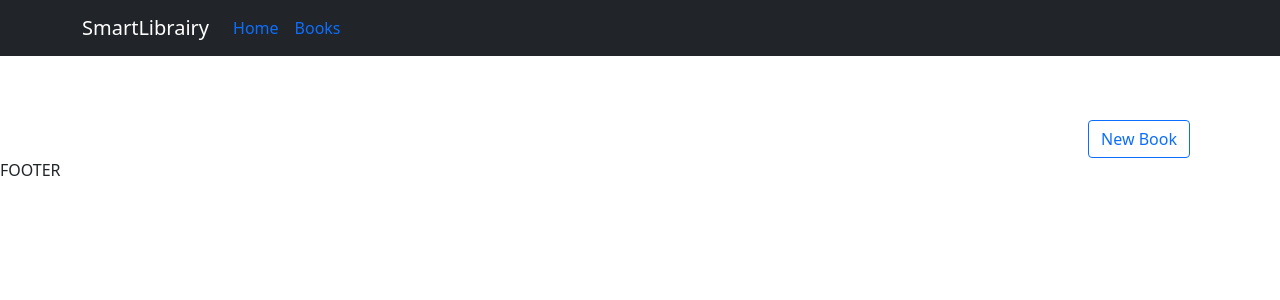
Repository: FS-23/smart-librairy
Page: http://localhost/books/list
An editor plug-in stored every save of this project. The page is shown before and after the next save, followed by the edit.
The browser window is 1280 px wide. The pictures show the whole page.
The page is served by the project's Laravel application, run on PHP 8.4 with Laravel 9. Other server files are loaded and not shown. Queries for data that is not in the repository find no rows.

Above is the page before, as saved 2022-06-10 13:27:46.

### routes/web.php
<?php

use Illuminate\Support\Facades\Route;
use Illuminate\Http\Request;
use App\Http\Controllers\BookController;

/*
    |--------------------------------------------------------------------------
    | Web Routes
    |--------------------------------------------------------------------------
    |
    | Here is where you can register web routes for your application. These
    | routes are loaded by the RouteServiceProvider within a group which
    | contains the "web" middleware group. Now create something great!
    |
*/

Route::get('/', function () {
    return redirect('/books/list');
});
Route::get('/books/list' , [BookController::class , 'index']);
Route::get('/books/create',[BookController::class , 'create']);
Route::get('/books/update/{id}',[BookController::class , 'edit']);
Route::post('/books/store' , [BookController::class , 'store']);
Route::post('/books/update/{id}' , [BookController::class , 'update']);
Route::get('/books/detail/{id}' , [BookController::class, 'show']);
Route::get('/books/delete/{id}' , [BookController::class, 'destroy']);

Route::view('/file' , 'file');

Route::post('/file/store' , function(Request $request){
    //hasFile

    $file = $request -> file('myFile');

    // Storage::put('myfile.jpg', $file);
     $storeResult = $file->store('public/bookImages'); // file est le name de votre input dans file.blade.php
    // return $storeResult;

    $fileName = str_replace('public' , 'storage' , $storeResult);
     return  $fileName;
});

### app/Http/Controllers/BookController.php
<?php

namespace App\Http\Controllers;

use App\Models\Book;
use Illuminate\Http\Request;

class BookController extends Controller
{

    public function index()
    {

        return view('book.list', ['books' => Book::all()]);
    }

    public function create()
    {
        return view('book.create');
    }

    public function store(Request $request)
    {
        $data = $request -> all();
        $file = $request -> file('bookImage');
        $fileStoreResult = $file->store('/public/bookImages');
        $fileName = str_replace('public', 'storage' , $fileStoreResult);
        $data['image'] = $fileName;
        $createdBook = Book::create($data);
        return redirect('/books/list');
    }


    public function show($id)
    {
        return  view('book.detail' , ["book" => Book::find($id)]);
    }


    public function edit($id)
    {
        return view('book.update' , ["book" => Book::find($id)]);
    }


    public function update(Request $request, $id)
    {
        $book = Book::find($id);
        $book ->update($request->all());

        return redirect('/books/list');
        //
    }

    public function destroy($id)
    {
        Book::destroy($id);
        return redirect('/books/list');
    }
}

### app/Models/Book.php
<?php

namespace App\Models;

use Illuminate\Database\Eloquent\Factories\HasFactory;
use Illuminate\Database\Eloquent\Model;

class Book extends Model
{
    use HasFactory;

    protected $fillable  = ["title", "author" , "description" , "categorie" , 'image'];
}

### resources/views/book/list.blade.php

 @extends('layout.layout')

 @section('content')
     <div class="mt-3 container">
             <div class="d-block text-end pe-2">
                 <a href="/books/create" class="btn btn-outline-primary mt-5">New Book</a>
             </div>
             <div class="row mx-0">
                 @foreach($books as $book)
                     <div style="" class="mt-3 col-12 col-sm-6 col-lg-4">
                         <div class="h-100">
                             <div class="bg-light p-3 d-flex justify-content-center align-items-center" style="height: 150px">
                                 <h3>{{ $book -> title }}</h3>
                                 <img src="{{ url($book->image) }}" width="70" height="100" alt="">
                             </div>
                             <div class="bg-dark text-white p-3 ">
                                 <p style="white-space: nowrap; overflow: hidden;text-overflow: ellipsis" class="">{{ $book -> description }}</p>
                                 <a href="/books/detail/{{ $book->id }}" class="btn btn-primary">More</a>
                             </div>
                         </div>
                     </div>
                 @endforeach

             </div>
     </div>
 @endsection

### resources/views/layout/layout.blade.php
<!DOCTYPE html>
<html lang="en">
<head>
    <meta charset="UTF-8">
    <meta name="viewport" content="width=device-width, initial-scale=1.0">
    <meta http-equiv="X-UA-Compatible" content="ie=edge">
    <title>SMART LIBRAIRY</title>

    <link rel="stylesheet" href="https://cdn.jsdelivr.net/npm/bootstrap@5.1.3/dist/css/bootstrap.min.css">
</head>
<body>
    <header>
        <nav class="navbar navbar-expand-lg  bg-dark  text-white">
             <div class="container">
                  <div class="navbar-brand text-white">SmartLibrairy</div>

                  <button class="navbar-toggler" data-bs-toggle="collapse" href="#menu-container">
                     <span class="navbar-toggler-icon"></span>
                  </button>
                  <div class="collapse navbar-collapse" id="menu-container">
                    <ul class="navbar-nav">
                        <li class="nav-item">
                            <a href="/" class="nav-link">Home</a>
                        </li>
                        <li class="nav-item">
                             <a href="/books/list" class="nav-link">Books</a>
                        </li>
                    </ul>
                  </div>
             </div>

        </nav>
    </header>
    <section>
        @yield('content')
    </section>

    <section>
        @if($errors->count()>0)
            @foreach($errors->all() as $error)
                <h6 class="text-danger">{{ $error }}</h6>
            @endforeach
        @endif
    </section>
    <footer>
        FOOTER
    </footer>

    <script src="https://cdn.jsdelivr.net/npm/bootstrap@5.1.3/dist/js/bootstrap.bundle.min.js"></script>
</body>
</html>

Loaded but not shown: app/Http/Controllers/Controller.php (common file)

After the next save:
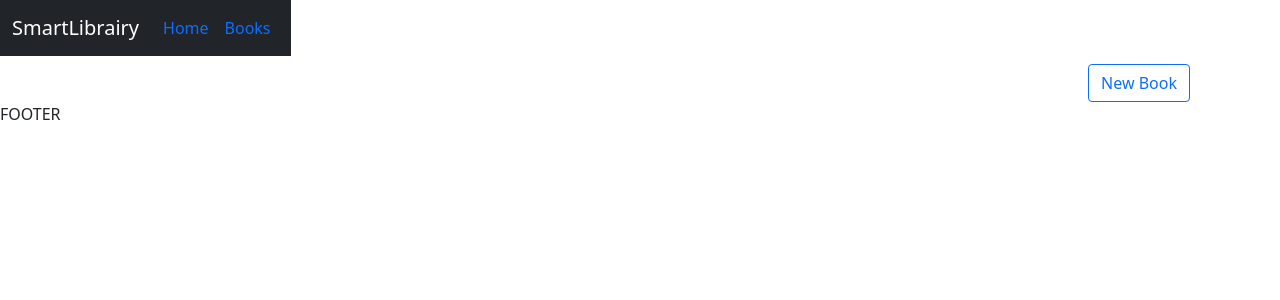
Saved 2 min 51 s later.
--- a/resources/views/layout/layout.blade.php
+++ b/resources/views/layout/layout.blade.php
@@ -9,7 +9,7 @@
     <link rel="stylesheet" href="https://cdn.jsdelivr.net/npm/bootstrap@5.1.3/dist/css/bootstrap.min.css">
 </head>
 <body>
-    <header>
+    <header style="position: fixed; top:0">
         <nav class="navbar navbar-expand-lg  bg-dark  text-white">
              <div class="container">
                   <div class="navbar-brand text-white">SmartLibrairy</div>

After the save that followed:
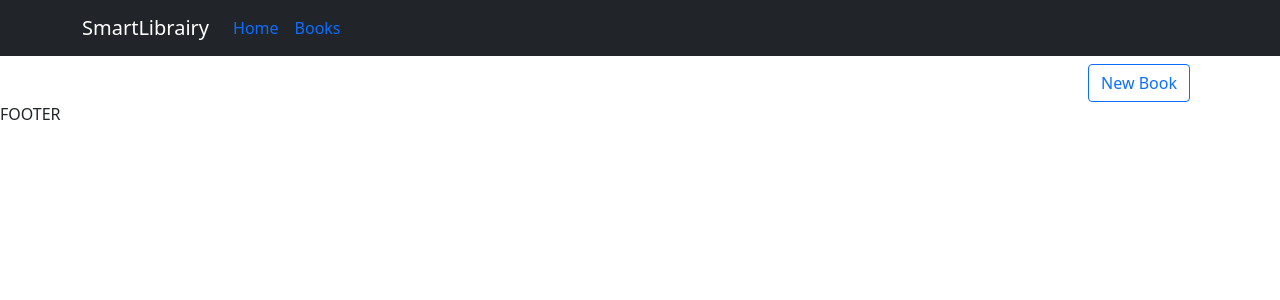
Saved 11 s later.
--- a/resources/views/layout/layout.blade.php
+++ b/resources/views/layout/layout.blade.php
@@ -9,7 +9,7 @@
     <link rel="stylesheet" href="https://cdn.jsdelivr.net/npm/bootstrap@5.1.3/dist/css/bootstrap.min.css">
 </head>
 <body>
-    <header style="position: fixed; top:0">
+    <header style="position: fixed; top:0; width: 100%">
         <nav class="navbar navbar-expand-lg  bg-dark  text-white">
              <div class="container">
                   <div class="navbar-brand text-white">SmartLibrairy</div>
